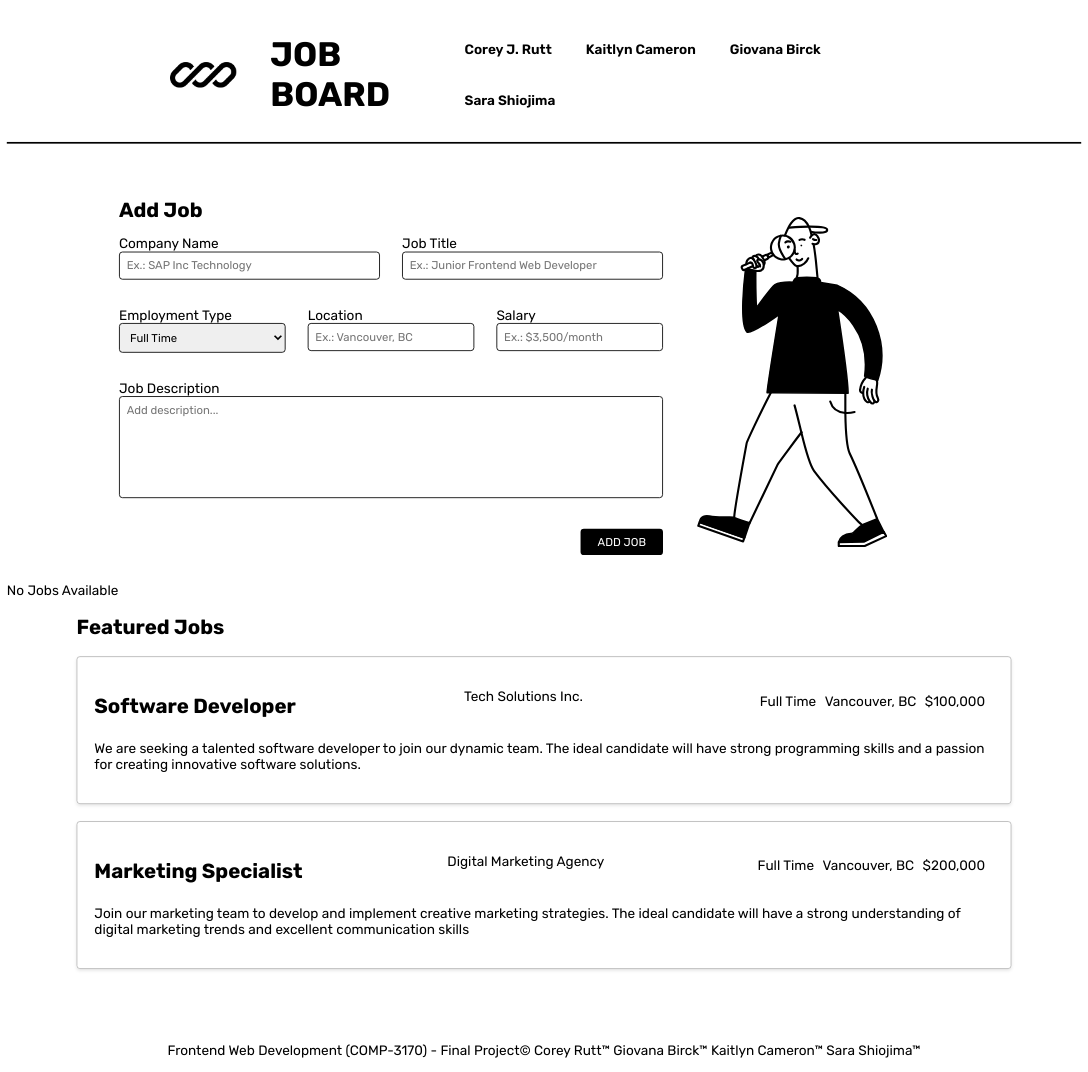
Repository: kcameron37/Final-Project-FrontEnd
Page: /
An editor plug-in stored every save of this project. The page is shown before and after the next save, followed by the edit.
The browser window is 1280 px wide. The pictures show the whole page, at 85% of full size.
The project was rebuilt for these pictures with package versions that can differ from the ones it lists, and the page was loaded fresh each time.

Above is the page before, as saved 2023-11-28 21:27:23.

### src/index.js
import { StrictMode } from "react";
import { createRoot } from "react-dom/client";

import App from "./App";
import "./styles.css";

const rootElement = document.getElementById("root");
const root = createRoot(rootElement);

root.render(
  <StrictMode>
    <App />
    <p className="footer">
      Frontend Web Development (COMP-3170) - Final Project&copy; Corey
      Rutt&trade; Giovana Birck&trade; Kaitlyn Cameron&trade; Sara
      Shiojima&trade;{" "}
    </p>
  </StrictMode>,
);

### src/App.js
import React, { useState } from 'react';
import { BrowserRouter as Router, Routes, Route } from 'react-router-dom';

import JobList from './components/JobList';
import AddJob from './components/AddJob';
import FilterComponent from './components/FilterComponent';
import NavBar from './components/NavBar';

export default function App() {
  const [jobs, setJobs] = useState([]);
  const [jobToEdit, setJobToEdit] = useState(null);

  const addJob = (job) => {
    if (jobToEdit) {
      const updatedJobs = jobs.map(j => (j.id === jobToEdit.id ? { ...j, ...job } : j));
      setJobs(updatedJobs);
      setJobToEdit(null);
    } else {
      const newJobWithId = { ...job, id: Date.now() };
      setJobs([...jobs, newJobWithId]);
    }
  };

  const deleteJob = (jobId) => {
    const updatedJobs = jobs.filter(job => job.id !== jobId);
    setJobs(updatedJobs);
  };

  const updateJob = (jobId, updatedDetails) => {
    const updatedJobs = jobs.map(job =>
      job.id === jobId ? { ...job, ...updatedDetails } : job
    );
    setJobs(updatedJobs);
  };

  return (
    <Router>
      <div className="App">
        <NavBar />
        <AddJob addJob={addJob} jobToEdit={jobToEdit} />
        <FilterComponent jobs={jobs} />
        <Routes>
          <Route path="/" element={<JobList jobs={jobs} deleteJob={deleteJob} setJobToEdit={setJobToEdit} updateJob={updateJob} />} />
          <Route path="/filter/:filterType/:filterValue" element={<JobList jobs={jobs} deleteJob={deleteJob} setJobToEdit={setJobToEdit} updateJob={updateJob} />} />
        </Routes>
      </div>
    </Router>
  );
}

### src/styles.css
.App {
  font-family: 'Rubik', sans-serif;
  padding-bottom: 50px;
}

.footer {
  left: 0;
  bottom: 0;
  width: 100%;
  text-align: center;
  z-index: 1000;
}

### src/components/JobList.js
import React, { useState } from 'react';
import { useParams } from 'react-router-dom';
import styles from "./jobList.module.css";

export default function JobList({ jobs, deleteJob, setJobToEdit, updateJob }) {
  const { filterType, filterValue } = useParams();

  const [editingJobId, setEditingJobId] = useState(null);
  const [editedJob, setEditedJob] = useState({});

  const filteredJobs = filterType && filterValue
    ? jobs.filter(job => job[filterType].toString() === filterValue)
    : jobs;

  const handleEditClick = (job) => {
    setEditingJobId(job.id);
    setEditedJob(job);
  };

  const handleSaveClick = () => {
    updateJob(editingJobId, editedJob);
    setEditingJobId(null);
  };

  const handleChange = (e, field) => {
    setEditedJob({ ...editedJob, [field]: e.target.value });
  };

  const handleSave = (jobId) => {
    updateJob(jobId, editedJob);
    setEditingJobId(null);
    setEditedJob({});
  };


  return (
    <div className={styles.jobListContainer}>
      <h2 className={styles.h2}>Featured Jobs</h2>
      {filteredJobs.map((job) => (
        <div key={job.id} className={styles.jobItem}>
          {editingJobId === job.id ? (
            <div>
              <input
                className={styles.inputField}
                placeholder="Company Name"
                value={editedJob.companyName || ''}
                onChange={(e) => handleChange(e, 'companyName')}
              />
              <input
                className={styles.inputField}
                placeholder="Job Title"
                value={editedJob.jobTitle || ''}
                onChange={(e) => handleChange(e, 'jobTitle')}
              />
              <select
                className={styles.inputField}
                value={editedJob.employmentType || ''}
                onChange={(e) => handleChange(e, 'employmentType')}
              >
                <option value="Full Time">Full Time</option>
                <option value="Part Time">Part Time</option>
              </select>
              <input
                className={styles.inputField}
                placeholder="Location"
                value={editedJob.location || ''}
                onChange={(e) => handleChange(e, 'location')}
              />
              <input
                className={styles.inputField}
                placeholder="Salary"
                value={editedJob.salary || ''}
                onChange={(e) => handleChange(e, 'salary')}
              />
              <textarea
                className={styles.textAreaField}
                placeholder="Job Description"
                value={editedJob.description || ''}
                onChange={(e) => handleChange(e, 'description')}
              />
              <button onClick={() => handleSave(job.id)}>Save</button>

            </div>
          ) : (
            <div>
              <div className={styles.titleLine}>
                <h3 className={styles.jobTitle}>{job.jobTitle}</h3>
                <button
                  className={styles.editButton}
                  onClick={() => handleEditClick(job)}
                >
                  Edit
                </button>
                <button
                  className={styles.deleteButton}
                  onClick={() => deleteJob(job.id)}
                >
                  Delete
                </button>

              </div>
              <div className={styles.companyInfo}>
                <p>{job.companyName}</p>
                <p>{job.employmentType}</p>
                <p>{job.salary}</p>
                <p>{job.location}</p>
              </div>
              <p className={styles.jobDescription}>{job.description}</p>
            </div>
          )}
        </div>
      ))}
      <div className={styles.jobListContainer}>
        <div className={styles.jobItem}>
          <div className={styles.titleLine}>
            <h3 className={styles.jobTitle}>Software Developer</h3>

            <div className={styles.companyInfo}>
              <div className={styles.companyName}>
                <span>Tech Solutions Inc.</span>
              </div>
            </div>
            <div className={styles.companyDetails}>
              <span>Full Time</span>
              <span>Vancouver, BC</span>
              <span>$100,000</span>
            </div>
          </div>
          <p className={styles.jobDescription}>
            We are seeking a talented software developer to join our dynamic
            team. The ideal candidate will have strong programming skills and a
            passion for creating innovative software solutions.
          </p>
        </div>
      </div>

      <div className={styles.jobListContainer}>
        <div className={styles.jobItem}>
          <div className={styles.titleLine}>
            <h3 className={styles.jobTitle}>Marketing Specialist</h3>
            <div className={styles.companyInfo}>
              <div className={styles.companyName}>
                <span>Digital Marketing Agency</span>
              </div>
            </div>
            <div className={styles.companyDetails}>
              <span>Full Time</span>
              <span>Vancouver, BC</span>
              <span>$200,000</span>
            </div>
          </div>
          <p className={styles.jobDescription}>
            Join our marketing team to develop and implement creative marketing
            strategies. The ideal candidate will have a strong understanding of
            digital marketing trends and excellent communication skills
          </p>
        </div>
      </div>
    </div>
  );
}

### src/components/AddJob.js
import React, { useState, useEffect } from "react";
import styles from "./addJob.module.css";

export default function AddJob({ addJob, jobToEdit, updateJob }) {
  const [job, setJob] = useState({
    companyName: "",
    jobTitle: "",
    employment: "Full Time",
    location: "",
    salary: "",
    description: "",
  });

  useEffect(() => {
    if (jobToEdit) {
      setJob(jobToEdit);
    } else {
      setJob({
        companyName: "",
        jobTitle: "",
        employment: "Full Time",
        location: "",
        salary: "",
        description: "",
      });
    }
  }, [jobToEdit]);

  const handleSubmit = (e) => {
    e.preventDefault();
    addJob(job);
    setJob({
      companyName: "",
      jobTitle: "",
      employment: "Full Time",
      location: "",
      salary: "",
      description: "",
    });
  };

  const handleChange = (e) => {
    setJob({ ...job, [e.target.name]: e.target.value });
  };

  return (
    <form onSubmit={handleSubmit} className={styles.container}>
      <div className={styles.form}>
        <h2 className={styles.formTitle}>Add Job</h2>

        <div className={styles.formRow}>
          <div className={styles.inputContainer}>
            <label className={styles.inputLabel}>Company Name</label>

            <input
              type="text"
              name="companyName"
              value={job.companyName}
              onChange={handleChange}
              placeholder="Ex.: SAP Inc Technology"
              className={styles.textInput}
            />
          </div>

          <div className={styles.inputContainer}>
            <label className={styles.inputLabel}>Job Title</label>

            <input
              type="text"
              name="jobTitle"
              value={job.jobTitle}
              onChange={handleChange}
              placeholder="Ex.: Junior Frontend Web Developer"
              className={styles.textInput}
            />
          </div>
        </div>

        <div className={styles.formRow}>
          <div className={styles.inputContainer}>
            <label className={styles.inputLabel}>Employment Type</label>

            <select
              name="employment"
              value={job.employment}
              onChange={handleChange}
              className={styles.selectInput}
            >
              <option value="Full Time">Full Time</option>
              <option value="Part Time">Part Time</option>
            </select>
          </div>

          <div className={styles.inputContainer}>
            <label className={styles.inputLabel}>Location</label>

            <input
              type="text"
              name="location"
              value={job.location}
              onChange={handleChange}
              placeholder="Ex.: Vancouver, BC"
              className={styles.textInput}
            />
          </div>

          <div className={styles.inputContainer}>
            <label className={styles.inputLabel}>Salary</label>

            <input
              type="text"
              name="salary"
              value={job.salary}
              onChange={handleChange}
              placeholder="Ex.: $3,500/month"
              className={styles.textInput}
            />
          </div>
        </div>

        <div className={styles.formRow}>
          <div className={styles.inputContainer}>
            <label className={styles.inputLabel}>Job Description</label>

            <textarea
              name="description"
              value={job.description}
              onChange={handleChange}
              placeholder="Add description..."
              className={styles.textareaInput}
            />
          </div>
        </div>

        <div className={styles.formRow}>
          <button className={styles.button} type="submit">
            {jobToEdit ? "Update Job" : "Add Job"}
          </button>
        </div>
      </div>

      <div className={styles.imageWrap}>
        <img className={styles.image} src="/images/man.svg" alt="Logo" />
      </div>
    </form>
  );
}

### src/components/FilterComponent.js
import React from 'react';
import { useNavigate } from 'react-router-dom';

function FilterComponent({ jobs }) {
    const navigate = useNavigate();

    const uniqueLocations = getUniqueValues(jobs, 'location');
    const uniqueJobTitles = getUniqueValues(jobs, 'jobTitle');

    const handleFilterChange = (filterType, value) => {
      if (value === "") {
        navigate(`/`); // Navigate to base route to reset the filter
      } else {
        navigate(`/filter/${filterType}/${value}`);
      }
    };

  if (jobs.length === 0) {
    return <p>No Jobs Available</p>;
  }

  return (
    <div>
      <div>
        <label>Location:</label>
        <select onChange={(e) => handleFilterChange('location', e.target.value)}>
          <option value="">All Locations</option> {/* Reset option */}
          {uniqueLocations.map(location => (
            <option key={location} value={location}>{location}</option>
          ))}
        </select>
      </div>

      <div>
        <label>Job Title:</label>
        <select onChange={(e) => handleFilterChange('jobTitle', e.target.value)}>
          <option value="">All Job Titles</option> {/* Reset option */}
          {uniqueJobTitles.map(title => (
            <option key={title} value={title}>{title}</option>
          ))}
        </select>
      </div>

      {/* Add more dropdowns for other categories... */}
    </div>
  );
}

export default FilterComponent;

function getUniqueValues(jobs, key) {
  const unique = [...new Set(jobs.map(job => job[key]))];
  return unique;
}

### src/components/NavBar.js
import React, { useState, useEffect, useRef } from "react";
import styles from "./navBar.module.css";

export default function NavBar() {
  const [popups, setPopups] = useState({
    corey: false,
    kaitlyn: false,
    giovana: false,
    sara: false,
  });

  const togglePopup = (popupName) => {
    setPopups((prevState) => ({
      ...Object.keys(prevState).reduce((acc, key) => {
        acc[key] = key === popupName ? !prevState[key] : false;
        return acc;
      }, {}),
    }));
  };

  const popupRefs = {
    corey: useRef(null),
    kaitlyn: useRef(null),
    giovana: useRef(null),
    sara: useRef(null),
  };

  useEffect(() => {
    const handleOutsideClick = (event) => {
      for (const key in popupRefs) {
        if (popupRefs[key].current && !popupRefs[key].current.contains(event.target)) {
          setPopups((prevState) => ({
            ...prevState,
            [key]: false,
          }));
        }
      }
    };

    document.addEventListener("mousedown", handleOutsideClick);
    return () => {
      document.removeEventListener("mousedown", handleOutsideClick);
    };
  }, []);

  return (
    <div className={styles.navBar}>
      <div className={styles.logo}>
        <img src="/images/logo.png" alt="Logo" />
        <h2>JOB BOARD</h2>
      </div>

      <div>
        <button onClick={() => togglePopup("corey")}>Corey J. Rutt</button>
        {popups.corey && (
          <div className={`${styles.popupWrapper} ${styles.corey}`} ref={popupRefs.corey}>
            <button className={styles.closeButton} onClick={() => togglePopup("corey")}>
              X
            </button>
            <div className={styles.popup}>
              <p>Corey's Student Number A013347533</p>
            </div>
          </div>
        )}

        <button onClick={() => togglePopup("kaitlyn")}>Kaitlyn Cameron</button>
        {popups.kaitlyn && (
          <div className={`${styles.popupWrapper} ${styles.kaitlyn}`} ref={popupRefs.kaitlyn}>
            <button className={styles.closeButton} onClick={() => togglePopup("kaitlyn")}>
              X
            </button>
            <div className={styles.popup}>
              <p>Kaitlyn's Student Number A01326523</p>
            </div>
          </div>
        )}

        <button onClick={() => togglePopup("giovana")}>Giovana Birck</button>
        {popups.giovana && (
          <div className={`${styles.popupWrapper} ${styles.giovana}`} ref={popupRefs.giovana}>
            <button className={styles.closeButton} onClick={() => togglePopup("giovana")}>
              X
            </button>
            <div className={styles.popup}>
              <p>Giovana's Student Number A01299565</p>
            </div>
          </div>
        )}

        <button onClick={() => togglePopup("sara")}>Sara Shiojima</button>
        {popups.sara && (
          <div className={`${styles.popupWrapper} ${styles.sara}`} ref={popupRefs.sara}>
            <button className={styles.closeButton} onClick={() => togglePopup("sara")}>
              X
            </button>
            <div className={styles.popup}>
              <p>Sara's Student Number A01314209</p>
            </div>
          </div>
        )}
      </div>
    </div>
  );
}

### src/components/jobList.module.css
.jobListContainer {
  max-width: 1100px;
  margin: auto;
}

.titleLine {
  display: flex;
  justify-content: space-between;
  align-items: center;
}

.jobItem {
  border-radius: 4px;
  box-shadow: 0 2px 4px rgba(0,0,0,0.1);
  padding: 20px;
  margin-bottom: 20px;
  border: 1px solid #b7b7b7;
}

.jobTitle {
  font-size: 24px;
  margin-bottom: 10px;
}

.companyInfo {
  display: flex;
  justify-content: space-between;
  align-items: center;
  margin-bottom: 10px;
}

.companyName span {
  font-size: 16px;
  margin-right: 10px;
}

.companyDetails span {
  font-size: 16px;
  margin-right: 10px;
}

.editButton,
.deleteButton {
  padding: 8px 16px;
  color: black;
  border: 1px solid black;
  border-radius: 4px;
  cursor: pointer;
  text-transform: uppercase;
  font-size: 10px;
  margin-left: 8px;
  background-color: rgb(231, 231, 231);
}

.jobDescription {
  font-size: 16px;
}

### src/components/addJob.module.css
* > * {
    box-sizing: border-box;
    font-family: 'Rubik', sans-serif;
  }

  .container {
    display: flex;
    align-items: center;
    gap: 40px;
    width: 100%;
    max-width: 1000px;
    margin: 0 auto;
  }

  .form {
    display: flex;
    flex-direction: column;
    gap: 16px;
    flex: 2;
  }

  .formTitle {
    margin: 0;
  }

  .formRow {
    display: flex;
    width: 100%;
    gap: 26px;
    padding-bottom: 16px;
  }

  .inputContainer {
    flex: 1;
  }

  .input-label {
    display: block;
    margin-bottom: 8px;
  }

  .textInput {
    width: 100%;
    padding: 8px;
    border-radius: 4px;
    border: 1px solid black;
  }

  .selectInput {
    width: 100%;
    padding: 8px;
    border-radius: 4px;
    border: 1px solid black;
  }

  .textareaInput {
    width: 100%;
    padding: 8px;
    border-radius: 4px;
    border: 1px solid black;
    resize: none;
    height: 120px;
  }

  .button {
    padding: 8px 20px;
    background-color: #000000;
    color: #ffffff;
    border: none;
    border-radius: 4px;
    cursor: pointer;
    text-transform: uppercase;
    margin-left: auto;
  }

  .imageWrap {
    flex: 1;
  }

  .image {
    width: 70%;
  }

### src/components/navBar.module.css
.logo {
  display: flex;
  align-items: center;
  margin-left: 2em;
}

.logo h2 {
  margin-left: 1em;
  font-size: 40px;
  margin-bottom: 32px;
}

.navBar {
  background-color: transparent;
  padding: 0px 160px 0px 160px;
  border-style: solid;
  border-width: 0px 0px 2px 0px;
  display: flex;
  align-items: flex-end;
  justify-content: space-between;
  margin-bottom: 64px;
  position: relative;
}

.navBar img {
  height: 30px;
}

.navBar button {
  background-color: transparent;
  font-weight: 600;
  border: none;
  padding: 0px 12px 40px 12px;
  cursor: pointer;
  font-size: 16px;
  margin-right: 1em;

}

.popupWrapper {
  position: absolute;
  top: 100%;
  right: 10;
  background-color: #fff;
  box-shadow: 0 2px 4px rgba(0, 0, 0, 0.2);
  border: 2px solid black;
  padding: 10px;
  z-index: 1;
  width: 15em;
}

.popup {
  list-style: none;
  padding: 0;
  margin: 0;
  margin-top: 2em;
}

.popup h3 {
  font-size: 18px;
  margin-top: 20px;
  margin-bottom: 10px;
}

.popup li {
  font-size: 16px;
  margin-bottom: 8px;
  margin-top: 10px;
}

.closeButton {
  position: absolute;
  top: 5px;
  right: 5px;
  background-color: transparent;
  border: none;
  cursor: pointer;
}

.popupWrapper {
  position: absolute;
  background-color: #fff;
  box-shadow: 0 2px 4px rgba(0, 0, 0, 0.2);
  border: 2px solid black;
  padding: 10px;
  z-index: 1;
  width: 10em;
}

.popupWrapper.corey {
  left: 80%;
}

.popupWrapper.kaitlyn {
  left: 80%;
}

.popupWrapper.giovana {
  left: 80%;
}

.popupWrapper.sara {
  left: 80%;
}

Loaded but not shown: public/index.html (common file)

After the next save:
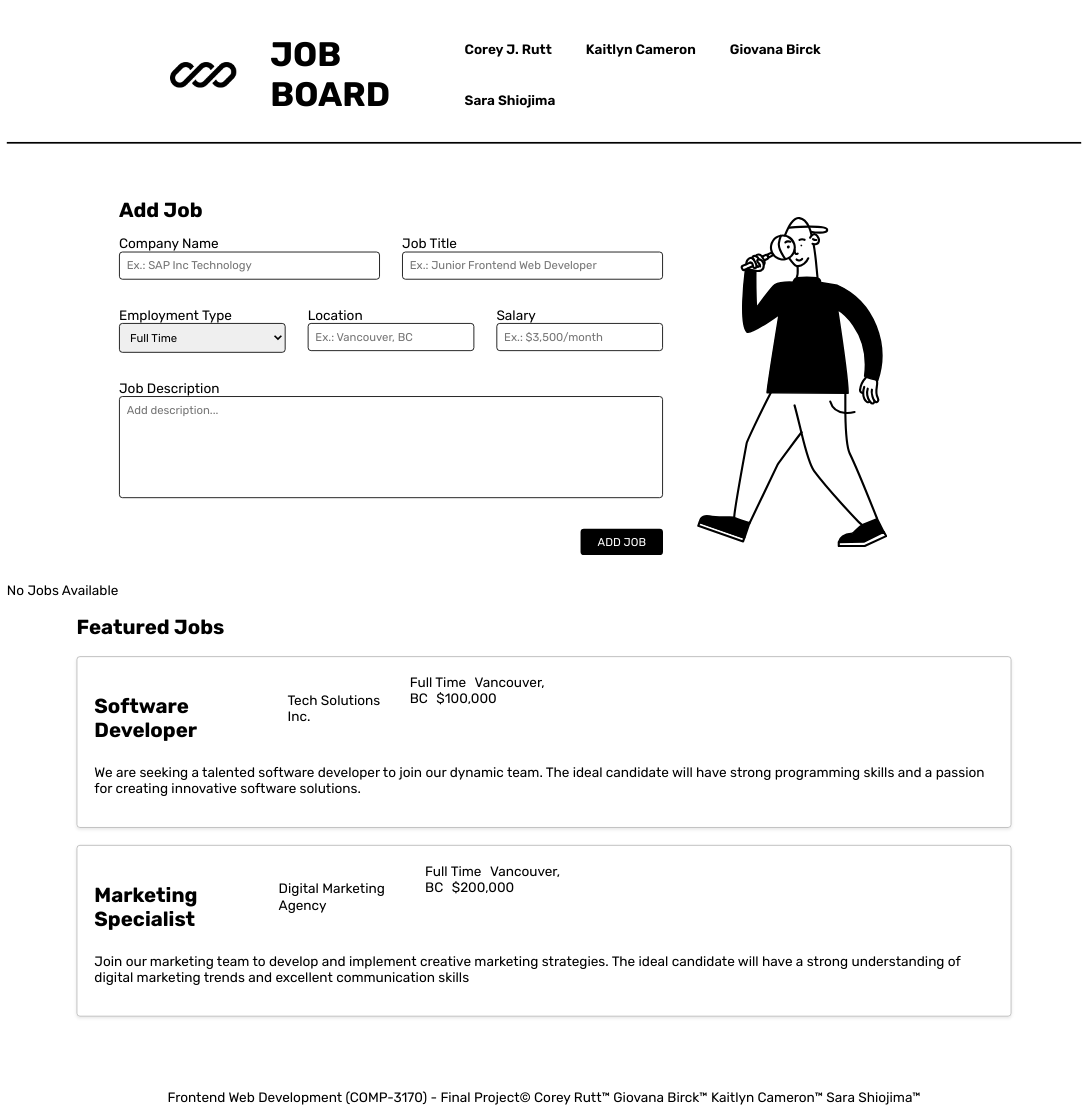
Saved 2 s later.
--- a/src/components/jobList.module.css
+++ b/src/components/jobList.module.css
@@ -1,57 +1,67 @@
-.jobListContainer {
-  max-width: 1100px;
-  margin: auto;
-}
+  .jobListContainer {
+    max-width: 1100px;
+    margin: auto;
+  }
 
-.titleLine {
-  display: flex;
-  justify-content: space-between;
-  align-items: center;
+.titleLine{
+    display: flex;
 }
 
 .jobItem {
-  border-radius: 4px;
-  box-shadow: 0 2px 4px rgba(0,0,0,0.1);
-  padding: 20px;
-  margin-bottom: 20px;
-  border: 1px solid #b7b7b7;
-}
+    border-radius: 4px;
+    box-shadow: 0 2px 4px rgba(0,0,0,0.1);
+    padding: 20px;
+    margin-bottom: 20px;
+    border: 1px solid #b7b7b7;
+  }
 
-.jobTitle {
-  font-size: 24px;
-  margin-bottom: 10px;
-}
+  .jobTitle {
+    font-size: 24px;
+    margin-bottom: 10px;
+  }
 
-.companyInfo {
-  display: flex;
-  justify-content: space-between;
-  align-items: center;
-  margin-bottom: 10px;
-}
+  .companyInfo {
+    display: flex;
+    justify-content: space-between;
+    align-items: center;
+    margin-bottom: 10px;
+  }
 
-.companyName span {
-  font-size: 16px;
-  margin-right: 10px;
-}
+  .companyName span {
+    font-size: 16px;
+    margin-right: 10px;
+  }
 
-.companyDetails span {
-  font-size: 16px;
-  margin-right: 10px;
-}
+  .companyDetails{
+    margin-right: 40%;
+  }
 
-.editButton,
-.deleteButton {
-  padding: 8px 16px;
-  color: black;
-  border: 1px solid black;
-  border-radius: 4px;
-  cursor: pointer;
-  text-transform: uppercase;
-  font-size: 10px;
-  margin-left: 8px;
-  background-color: rgb(231, 231, 231);
-}
+  .companyDetails span{
+    font-size: 16px;
+    margin-right: 10px;
 
-.jobDescription {
-  font-size: 16px;
-}
+  }
+
+  .editButton,
+  .deleteButton {
+    padding: 8px 16px;
+    color: black;
+    border: 1px solid black;
+    border-radius: 4px;
+    cursor: pointer;
+    text-transform: uppercase;
+    font-size: 10px;
+    margin-left: 8px;
+  }
+
+  .editButton {
+    background-color: rgb(231, 231, 231);
+  }
+
+  .deleteButton {
+    background-color:rgb(231, 231, 231);
+  }
+
+  .jobDescription {
+    font-size: 16px;
+  }
